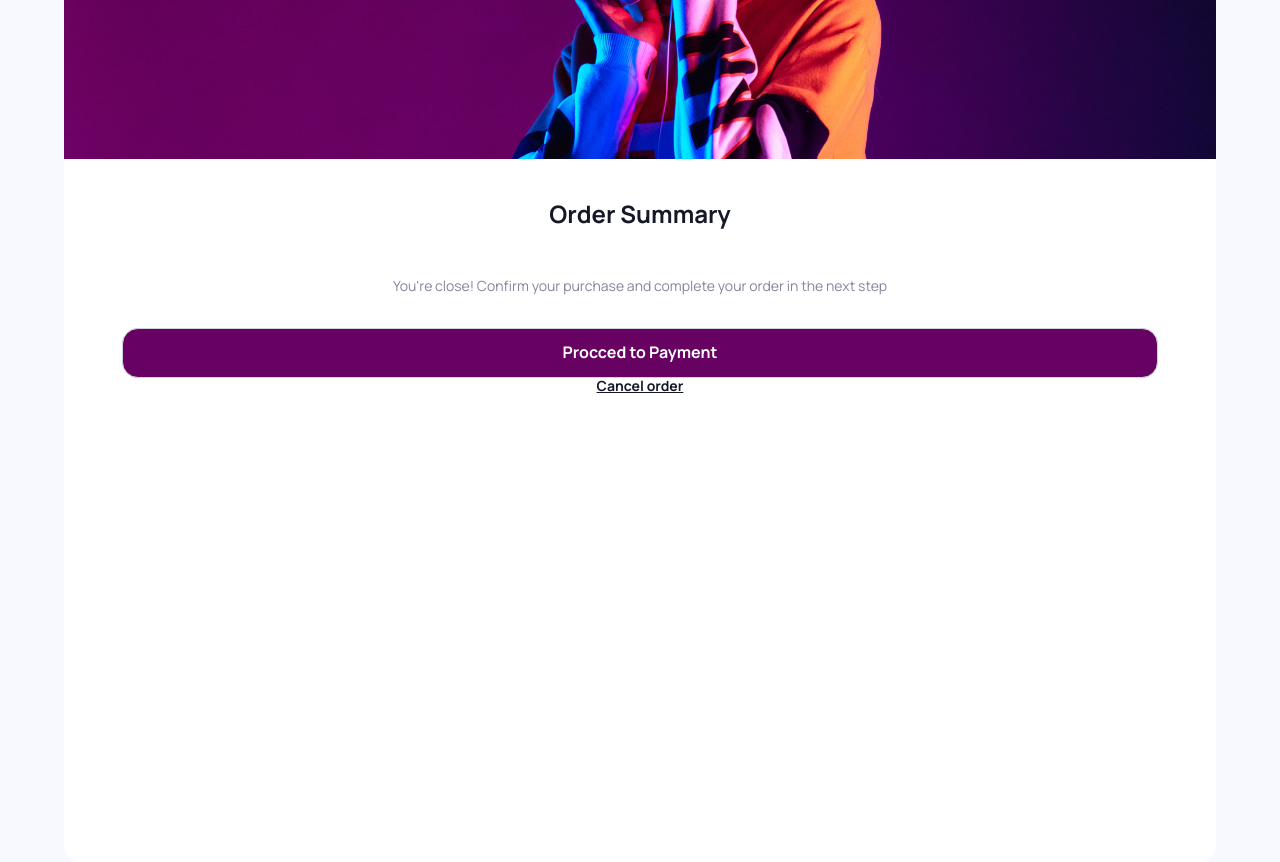
Repository: ssynowiec/INVO-Academy-solution
Page: /
These files come from the project's save history. The page is drawn as it stood at one moment and after a run of saves; the edit follows.
The browser window is 1280 px wide. The pictures show the whole page.
The project was rebuilt for these pictures with package versions that can differ from the ones it lists, and the page was loaded fresh each time.

Above is the page before, as saved 2023-02-16 09:47:05.

### index.html
<!DOCTYPE html>
<html lang="en">

<head>
  <meta charset="UTF-8" />
  <link rel="icon" type="image/svg+xml" href="/vite.svg" />
  <meta name="viewport" content="width=device-width, initial-scale=1.0" />
  <title>INVO Academy JS Starter with Vite</title>
</head>

<!-- In order to start your challenge, remove all the content inside <div id="home-page"></div> and start coding :) -->

<body>
  <div id="home-page" class="container">
    <section class="order">
      <img src="/images/girl.jpeg" alt="" class="order-image">
      <h1 class="order-title">Order Summary</h1>
      <p class="order-description">You're close! Confirm your purchase and complete your order in the next step</p>
      <div></div>
      <button class="order-button">Procced to Payment</button>
      <a href="#" class="order-link">Cancel order</a>
    </section>
  </div>

  <script type="module" src="/src/global-scripts/main.js"></script>
  <script type="module" src="/src/pages/home-page/scripts/home-page.js"></script>
</body>

</html>

### src/pages/home-page/scripts/home-page.js
/// Homepage JavaScript File
/// Here we import all the JavaScript files we need for our homepage.

import '../styles/home-page.scss';

### src/global-styles/style.scss
/// Main Styles File
/// Here we import all the global Styles files we need for our project.

@import 'styles/normalize.scss';
@import 'styles/root.scss';
@import 'styles/fonts.scss';

body {
	font-family: 'Manrope', sans-serif;
	color: var(--color-primary);
	background-color: var(--color-background);
	display: flex;
	justify-content: center;
	align-items: center;
	height: 100vh;
}

p {
	color: var(--color-on-surface);
}

### src/pages/home-page/styles/home-page.scss
/// Homepage Styles File
/// Here we import all the Styles files we need for our Homepage.

.container {
	display: flex;
	justify-content: center;
}

.order {
	display: flex;
	flex-direction: column;
	justify-content: between;
	align-items: center;
	width: 90%;
	border-radius: 16px;
	overflow: hidden;
	background-color: var(--color-white);

	&-image {
		width: 100%;
		height: 30%;
		object-fit: cover;
	}

	&-title {
		font-weight: bold;
		padding-top: 25px;
		font-size: 24px;
		color: var(--color-title);
	}

	&-description {
		font-size: 14px;
		padding: 20px;
		color: var(--color-body);
		text-align: center;
	}

	&-button {
		width: 90%;
		height: 50px;
		padding: 10px;
		border-radius: 16px;
		font-weight: bold;
		font-size: 16px;
		line-height: 160%;
		letter-spacing: -1%;
		border: 1px solid var(--color-stroke);
		background-color: var(--color-primary);
		color: var(--color-white);
		cursor: pointer;

		&:hover {
			background-color: var(--color-primary-hover);
		}
	}

	&-link {
		letter-spacing: -1%;
		font-size: 14px;
		font-weight: bold;
		color: var(--color-title);
	}
}

### src/global-styles/styles/root.scss
/// Root Styles file
/// Here we define all the root variables we need for our project.
/// For examples see Material Design color system: https://m2.material.io/design/color/the-color-system.html

:root {
	--color-primary: #680262;
	--color-primary-hover: #490245;
	--color-background: #f8f9fe;
	--color-title: #151827;
	--color-body: #85859b;
	--color-stroke: #cfd1dd;
	--color-white: #ffffff;
}

### src/global-styles/styles/fonts.scss
/// Main Fonts File
/// Here we import all the fonts files we need for our project.

@import url('https://fonts.googleapis.com/css2?family=Manrope:wght@200;300;400;500;600;700;800&display=swap');

Loaded but not shown: src/global-scripts/main.js (common file); src/global-styles/styles/normalize.scss (common file)

After the next 3 saves:
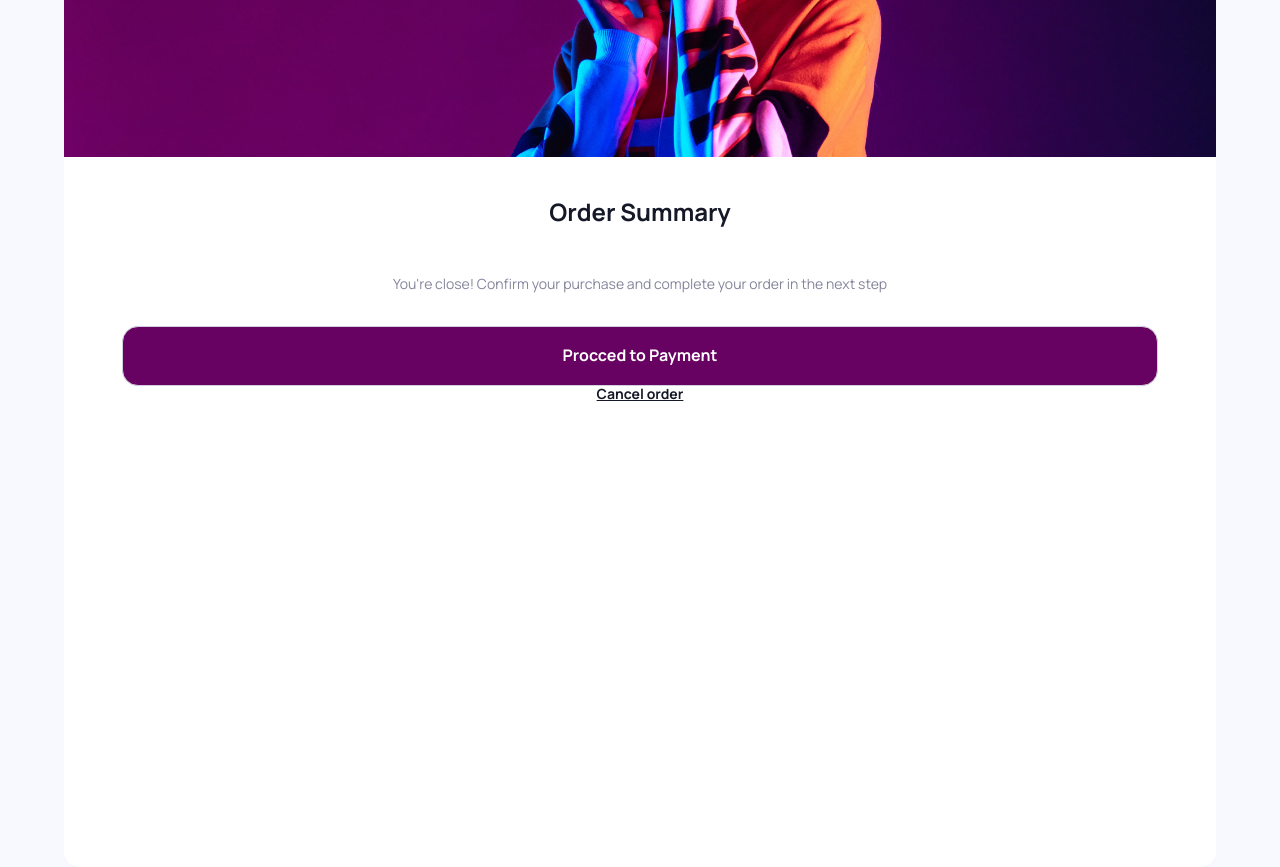
The 3 saves are shown as one change because they came seconds apart.
The last was saved 8 s later.
--- a/src/pages/home-page/styles/home-page.scss
+++ b/src/pages/home-page/styles/home-page.scss
@@ -38,7 +38,7 @@
 
 	&-button {
 		width: 90%;
-		height: 50px;
+		height: 60px;
 		padding: 10px;
 		border-radius: 16px;
 		font-weight: bold;
